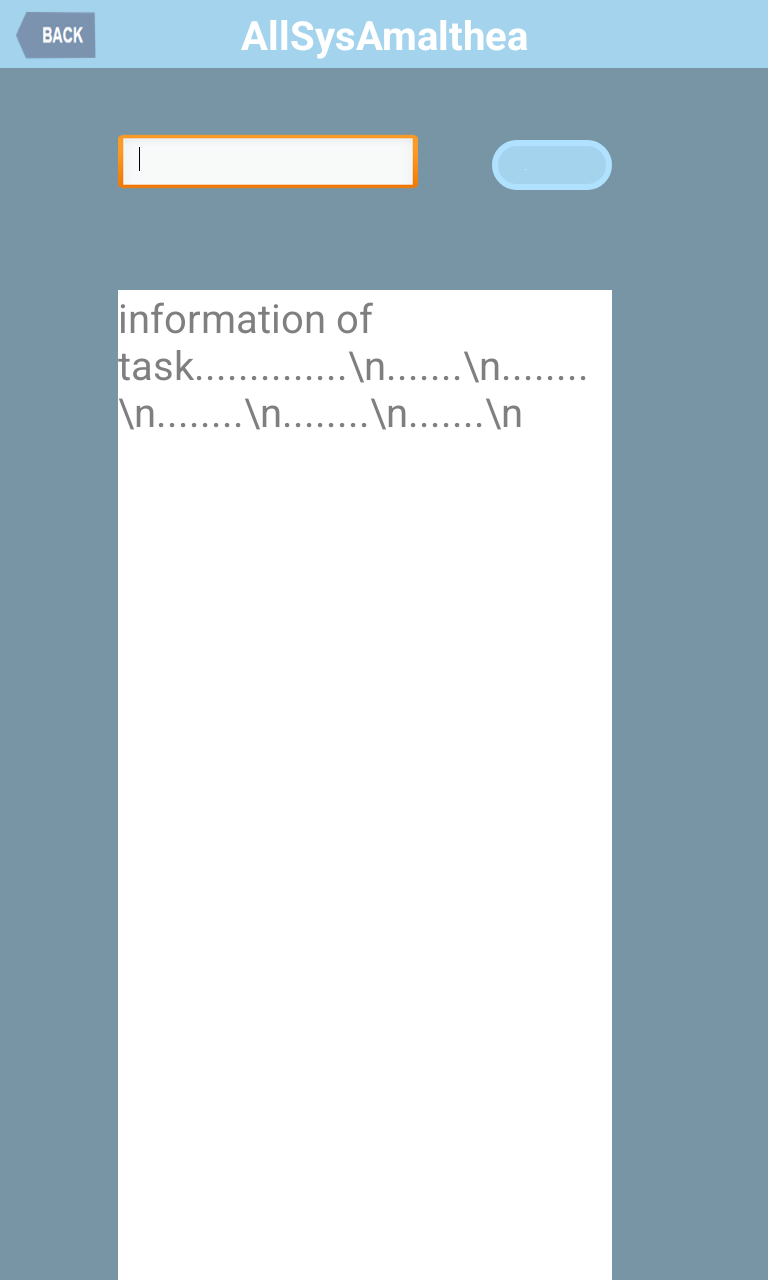
Repository: AllSysAmalthea/AllSys
Layout: APP/AppUI code/代码/Allsys/res/layout/activity_search.xml
An editor plug-in stored every save of this project. The layout is shown before and after the next save, followed by the edit.
It is drawn on a 768 x 1280 px phone screen (xhdpi) without system bars, with theme android:Theme.NoTitleBar; the app's code is not run.

Above is the layout before, as saved 2015-06-08 02:45:06.

After the next save:
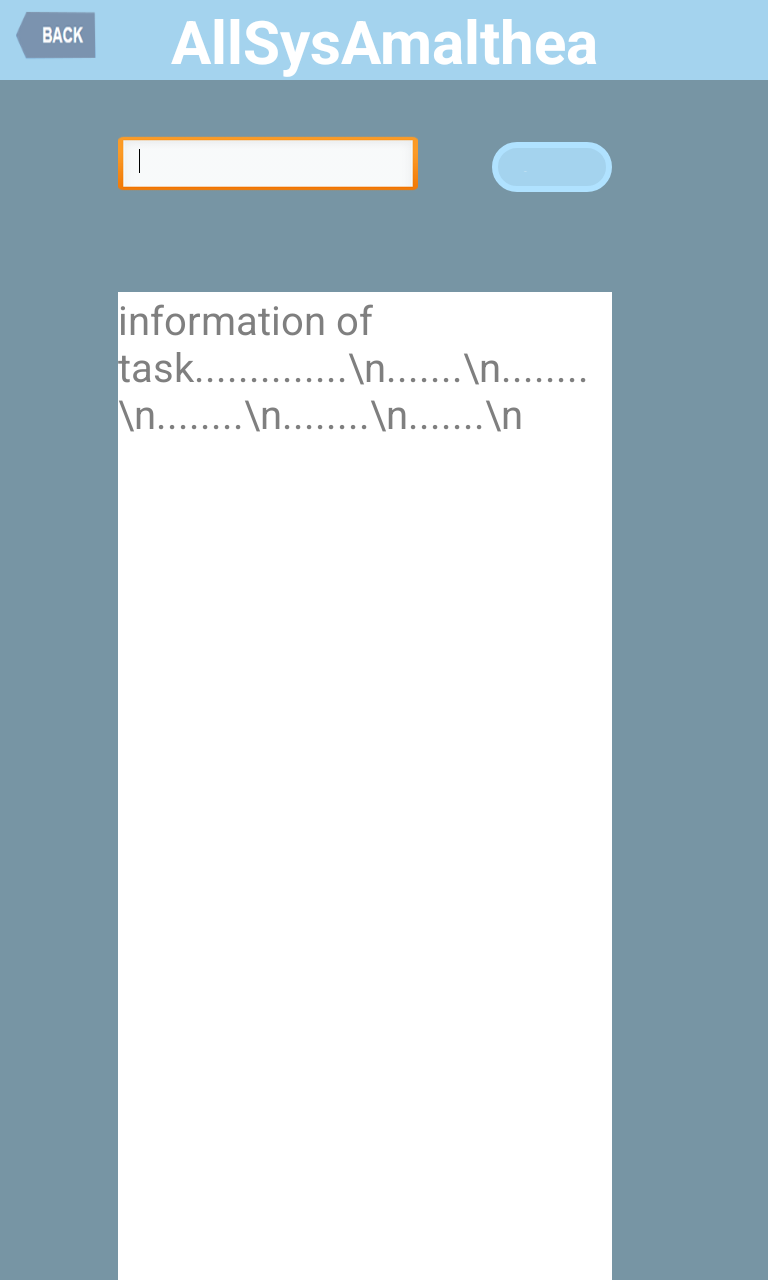
Saved 19 s later.
--- a/APP/AppUI code/代码/Allsys/res/layout/activity_search.xml
+++ b/APP/AppUI code/代码/Allsys/res/layout/activity_search.xml
@@ -16,7 +16,7 @@
         <TextView
             android:id="@+id/header_text"
             android:layout_width="fill_parent"
-            android:layout_height="68px"
+            android:layout_height="80px"
             android:layout_x="0px"
             android:layout_y="0px"
             android:background="#A4D3EE"
@@ -24,7 +24,7 @@
             android:singleLine="true"
             android:text="AllSysAmalthea"
             android:textColor="#ffffff"
-            android:textSize="20sp"
+            android:textSize="30sp"
             android:textStyle="bold" />
 
         <ImageButton
